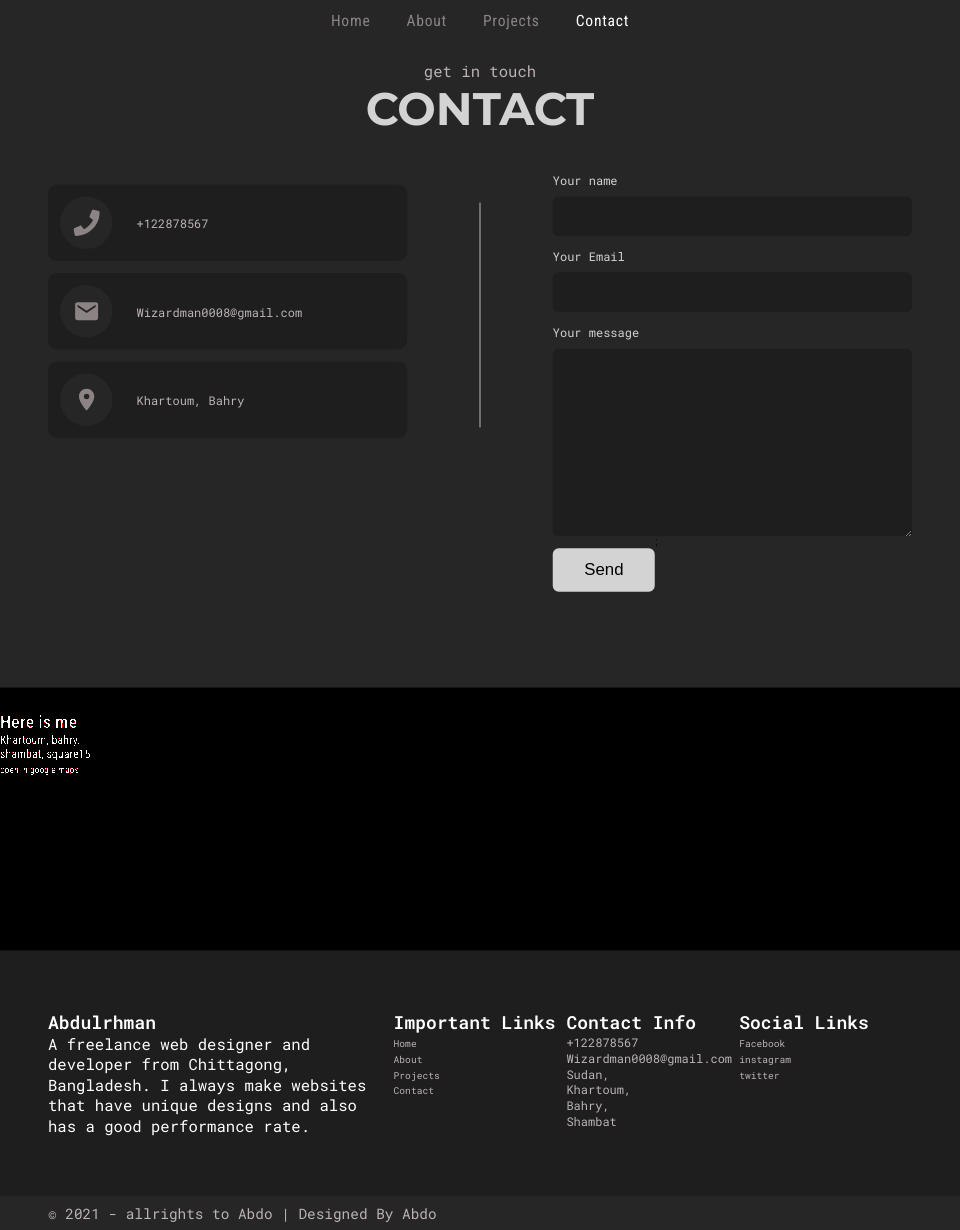
Repository: Abdoulrhman-altyeb/React-Typescript
Page: /contact
The author's editor kept a copy of each file at every save. The page is drawn from the files as they stood at one save, then again after the next save.
The browser window is 1280 px wide. The pictures show the whole page, at 75% of full size.
The project was rebuilt for these pictures with package versions that can differ from the ones it lists, and the page was loaded fresh each time. Also part of the build but not shown: src/components/ContactButton.tsx, src/components/HeroSection.tsx, src/components/AboutSection.tsx, src/assits/data/Services.ts, src/components/ServiceItems.tsx, src/components/ServicesSection.tsx, src/components/ProjectsSection.tsx, src/Pages/Home.tsx and 2 more.

Above is the page before, as saved 2021-05-20 19:30:25.

### public/index.html
<!DOCTYPE html>
<html lang="en">

<head>
  <meta charset="utf-8" />
  <meta name="viewport" content="width=device-width, initial-scale=1" />
  <meta name="theme-color" content="#000000" />
  <meta name="description" content="IT Guys Community" />
  <link rel="preconnect" href="https://fonts.gstatic.com">
  <link href="https://fonts.googleapis.com/css2?family=Roboto:wght@300;400;500;700&display=swap" rel="stylesheet">
  <link rel="preconnect" href="https://fonts.gstatic.com">
<link href="https://fonts.googleapis.com/css2?family=Montserrat:wght@200;300;400;500;700&display=swap" rel="stylesheet">
<link rel="preconnect" href="https://fonts.gstatic.com">
<link href="https://fonts.googleapis.com/css2?family=Roboto+Mono:wght@200;300;400;500;600&display=swap" rel="stylesheet">
<link rel="preconnect" href="https://fonts.gstatic.com">
<link href="https://fonts.googleapis.com/css2?family=Roboto+Condensed:wght@400;700&display=swap" rel="stylesheet">
  <title>App Lab</title>
</head>

<body>
  <noscript>You need to enable JavaScript to run this app.</noscript>
  <div id="root"></div>
</body>

</html>

### src/index.tsx
import ReactDOM from "react-dom";
import App from "./App";
import './assits/styles/style.css'

ReactDOM.render(<App/>,document.getElementById("root"));

### src/App.tsx
import React from "react";
import NavBar from './components/NavBar';
import { BrowserRouter as Router, Route, Switch } from 'react-router-dom'
import Home from "./Pages/Home";
import Contact from "./Pages/Contact";
import About from "./Pages/About";
import Projects from "./Pages/Projects";


const App: React.FC = () => {



  return (
    <>
      <Router>
        <NavBar />
        <Switch>
          <Route  path='/' exact>
            <Home />
          </Route>
          <Route path="/contact">
            <Contact />
          </Route>
          <Route path='/about'>
            <About />
          </Route>
          <Route path='/projects'>
              <Projects/>
          </Route>
        </Switch>
      </Router>
    </>
  )
}

export default App;

### src/assits/styles/style.css
* {
    padding:0;
    margin:0;
    box-sizing:border-box;
    scroll-behavior: auto;
}

body {
    background:#262626;
    color:white;
    font-family: 'Roboto Mono', monospace;
}
::-webkit-scrollbar-track {
    background: #1E1E1E;
}
::-webkit-scrollbar {
    width: 8px;
}
::-webkit-scrollbar-thumb {
    background: #888;
    border-radius: 20px;
}




img,svg{
    width: 100%;
    height:100%;
    object-fit: cover;
}
.container {
    width:90%;
    max-width:1200px;
    margin: 0 auto;
}

.hero__img {
    height:600px;
}
ul {
    list-style: none;
}
p, h1, span,h3,a {
    color:#BCB4B4
}
a {
    text-decoration: none;
    font-size:0.8rem;
}
.map{
    background: linear-gradient(rgba(0,0,0,1),rgba(0,0,0,1)),url('../images/Capture.jpg');
    background-repeat: no-repeat;
    background-size: cover;
    background-position: center;
    filter: contrast(100);
}

### src/components/NavBar.tsx
import React,{useState} from 'react';
import styled from 'styled-components';
import { NavLink } from 'react-router-dom';
import { BiMenu, BiX } from 'react-icons/bi';


const NavBar: React.FC = () => {

    const [isActive, setIsActive] = useState<boolean>(false);

    return (
        <NavBarContainer>
            <div className="hamburgerMenu"
                onClick={() => setIsActive(!isActive)}
                role='button'
                tabIndex={0}
                onKeyDown={() => setIsActive(!isActive)}
            >
                <BiMenu/>
            </div>
            <ul className={isActive ? 'ListItems' : 'ListItems hide-items'}>
                <div className='closeMenu'
                    onClick={() => setIsActive(!isActive)}
                    role='button'
                    tabIndex={0}
                    onKeyDown={() => setIsActive(!isActive)}
                >
                    <BiX/>
                </div>
                <li>
                    <NavLink to='/' exact>
                     Home
                    </NavLink>
                </li>
                <li>
                    <NavLink to="/about">
                        About
                    </NavLink>
                </li>
                <li>
                    <NavLink to='projects'>
                        Projects
                    </NavLink>
                </li>
                <li>
                    <NavLink to='contact'>
                        Contact
                    </NavLink>
                </li>
            </ul>
        </NavBarContainer>
    )
}

const NavBarContainer = styled.nav`
    position: fixed;
    z-index:100;
    top:0;
    left:0;
    background-color:#262626;
    font-family: 'Roboto Condensed', sans-serif;
    width:100%;
    ul {
        width:90%;
        max-width:1200px;
        justify-content:center;
        text-align:center;
        margin:0 auto;
        border-radius:12px;
    }
    li {
        display:inline-block;
        cursor:pointer;
    }
    a {
        display:inline-block;
        padding:1rem 1.5rem;
        font-size:1.3rem;
        color:#8c8484;
        letter-spacing: 1px;
        transition:0.3s ease color;
        /* &:hover {
            color:#726f6f;
        } */
    }
    .active {
        color:white;
    }

    .hamburgerMenu {
        font-size:2rem;
        position:absolute;
        top:1rem;
        right:1rem;
        color:white;
        display:none;
        * {
            pointer-events:none;
        }
    }
    .closeMenu{
        display:none;
    }
    @media only screen and (max-width:768px) {
        .hide-items{
            transform: translateY(calc(-100% - 1rem))
        }
        .hamburgerMenu{
            display:block;
        }
        .ListItems {
            width:80%;
            max-width:230px;
            position:absolute;
            top:1rem;
            right:1rem;
            background:#1E1E1E;
            padding:1rem;
            transition: 0.3s ease transform;

            .closeMenu {
                color:white;
                font-size:1.5rem;
                width:1rem;
                margin: 0 0 0 auto;
                cursor: pointer;
                display:block;
                *{
                    pointer-events:none;
                }
            }
        }
        li {
            display:block;
            margin-bottom:1rem;
        }
        a {
            /* padding:1rem; */
            padding:0.2rem;
            outline:none;
        }
    }
`;



export default NavBar;

### src/Pages/Contact.tsx
import React from 'react';
import ContactSection from '../components/ContactSecion';
import FooterSection from '../components/FooterSection';
import Map from '../components/Map';

const Contact: React.FC = () => {
    return (
        <>
            <ContactSection/>
            <Map/>
            <FooterSection />
        </>
    )
}

export default Contact;

### src/components/FooterSection.tsx
import React from 'react';
import styled from 'styled-components';
import PaText from './PaText';
import { Link } from 'react-router-dom';

const FooterSection: React.FC = () => {
    return (
        <>
            <StyledDiv>
                <div className="container">
                    <div className="info">
                        <h2>Abdulrhman</h2>
                        <PaText>
                            A freelance web designer and developer from Chittagong,
                            Bangladesh. I always make websites that have unique designs
                            and also has a good performance rate.
                        </PaText>
                    </div>
                    <div className="pages">
                        <h2>Important Links</h2>
                        <ul>
                            <li>
                                <Link to="/">Home</Link>
                            </li>
                            <li>
                                <Link to="/">About</Link>
                            </li>
                            <li>
                                <Link to="/">Projects</Link>
                            </li>
                            <li>
                                <Link to="/">Contact</Link>
                            </li>
                        </ul>
                    </div>
                    <div className="contact_info">
                        <h2>Contact Info</h2>
                        <ul>
                            <li><p>+122878567</p></li>
                            <li><p>Wizardman0008@gmail.com</p></li>
                            <li><p>Sudan,<br></br>Khartoum,<br></br>Bahry,<br></br>Shambat</p></li>
                        </ul>
                    </div>
                    <div className="social_Links">
                        <h2>Social Links</h2>
                        <ul>
                            <li><a href="https://facebook.com" rel='noreferrer'>Facebook</a></li>
                        </ul>
                        <ul>
                            <li><a href="https://instagram.com" rel='noreferrer'>instagram</a></li>
                        </ul>
                        <ul>
                            <li><a href="https://twitter.com" rel='noreferrer'>twitter</a></li>
                        </ul>
                    </div>
                </div>
            </StyledDiv>
            <StyledCopyright>
                <div className="container">
                    <p>© 2021 - allrights to Abdo  | Designed By Abdo</p>
                </div>
            </StyledCopyright>
        </>

    )
}

const StyledDiv = styled.div`
    background:#1E1E1E;
    padding:5rem 0 ;
    .container{
        display:flex;
    }
    .info{
        flex:2;
    }
    .contact_info,
    .pages,
    .social_Links{
        flex:1;
    }
    @media only screen and (max-width:768px) {
        .container{
            flex-direction:column;
        }
    }
`;
const StyledCopyright = styled.div`
    background:#262626;
    padding:10px 0;
    p{
        font-size:1.2rem;
    }

    @media only screen and (max-width:768px) {
        p{
            font-size:0.9rem;
            width:100%;
        }
    }
`;

export default FooterSection

### src/components/ContactSecion.tsx
import React from 'react';
import styled from 'styled-components';
import SectionsTitle from './SectionsTitle';
import { FaPhone } from 'react-icons/fa';
import { IoMdMail } from 'react-icons/io';
import {MdLocationOn} from 'react-icons/md'
import Button from './Button';

const ContactSection: React.FC = () => {
    return (
        <StyledDiv>
            <div className="container">
                <SectionsTitle title='contact' semiTitle='get in touch' />
                <div className="contact-me">
                    <div className="contact-info">
                        <div className="phone">
                            <div className="icon">
                                <FaPhone/>
                            </div>
                            <span> +122878567</span>
                        </div>
                        <div className="mail">
                            <div className="icon">
                                <IoMdMail/>
                            </div>
                            <span>Wizardman0008@gmail.com</span>
                        </div>
                        <div className="location">
                            <div className="icon">
                                <MdLocationOn/>
                            </div>
                            <span>Khartoum, Bahry</span>
                        </div>
                    </div>
                    <div className="linebetween"></div>
                    <form className='form-contact'>
                        <label htmlFor="name">Your name</label>
                        <input className='name' type="text" id='name' />
                        <label htmlFor="email">Your Email</label>
                        <input type="email" id="email" />
                        <label htmlFor="message">Your message</label>
                        <textarea id="message"></textarea>
                        <button type='submit' className='btn'>
                                <Button btnLink='/'  outline={false} btnText='Send'/>;
                        </button>
                    </form>
                </div>
            </div>
        </StyledDiv>
    )
}
const StyledDiv = styled.div`
    padding:5rem 0;
    text-align: center;
    .container{
        display: flex;
        flex-direction:column;
    }
    .title{
        p{
            font-size:1.3rem;
        }
        h2{
            font-size:3.8rem;
            margin-top:0;
        }
    }
    .contact-me{
        padding:3rem 0;
        display: flex;
        gap:6rem;
    }
    .contact-info{
        flex:1;
    }
    .phone,
    .mail,
    .location{
        width:100%;
        background:#1E1E1E;
        margin-top:1rem;
        padding:1rem;
        border-radius:12px;
        display: flex;
        align-items: center;
    }
    .icon{
        width:70px;
        height:70px;
        border-radius: 50%;
        display: flex;
        justify-content: center;
        align-items:center;
        margin-right:2rem;
        background:#262626;
    }
    .icon svg{
        width:50%;
        fill: #8c8484;
    }
    .linebetween{
        width:2px;
        height:300px;
        background:#8c8484;
        margin-top:2.5rem;
    }

    .form-contact{
        flex:1;
        display: flex;
        flex-direction:column;
        text-align:left;
    }
    .form-contact input, textarea{
        padding:1rem;
        background:#1E1E1E;
        border:none;
        border-radius:8px;
    }
    .form-contact textarea {
        height:250px;
        resize: vertical;
    }
    .form-contact label{
        margin-bottom:0.7rem;
        color:lightgray;
    }
    .form-contact input{
        margin-bottom:1rem;
        outline:none;
        color:#8c8484;
        font-size:1.1rem;
    }
    .btn{
        background:transparent;
        outline:none;
        border:none;
        pointer-events: none;
        display: flex;
        justify-content: flex-start;
        *{
            pointer-events: all;
        }
    }
    @media only screen and (max-width:768px) {
        .title{
            p{
                font-size:0.9rem;
            }
            h2{
                font-size:2.5rem;
                margin-top:0;
            }
        }
        .contact-me{
            flex-direction:column;
        }
        .linebetween{
            display: none;
        }
    }
`;

export default ContactSection;

### src/components/Map.tsx
import React from 'react';
import styled from 'styled-components';
const Map: React.FC = () => {
    return (
        <StyleDiv className='map'>
            <div className="location__details">
                <h2>Here is me</h2>
                <p>Khartoum, bahry, shambat, square15</p>
                <a href="https://www.google.com/maps/place/%D9%85%D8%AD%D8%B7%D9%87+15%E2%80%AD/@15.6677097,32.5462023,17z/data=!4m13!1m7!3m6!1s0x168e8da4c6682f5f:0x213cdd630f5e6fa9!2sShambat+Bridge,+Khartoum+North,+Sudan!3b1!8m2!3d15.6434242!4d32.5089219!3m4!1s0x168e93f8f47bbcb9:0x5df02e7d5dd85537!8m2!3d15.6681869!4d32.5468858" rel='noreferrer'>open in google maps</a>
            </div>
        </StyleDiv>
    )
}

const StyleDiv = styled.div`
    position: relative;
    height:350px;
    width:100%;
    font-family: 'Roboto Condensed', sans-serif;
    .location__details{
        color:#8c8484;
        position: absolute;
        width:150px;
        height:150px;
        background:#1E1E1E;
        top: 2rem;
    }
`;
export default Map;

### src/components/Button.tsx
import React from 'react';
import { Link } from 'react-router-dom';
import styled from 'styled-components'


const Button:React.FC<ButtonProps> = ({btnLink,btnText,outline}) => {
    return (
        <BTNSTYLE className='btn'>
            <Link className='button' to={btnLink} style={{ background: outline ? 'transparent' : 'lightgray', color: outline? 'lightgray': 'black' }}>{btnText}</Link>
        </BTNSTYLE>
    )
}


const BTNSTYLE = styled.div`
    margin-top:1rem;
    .button{
        background:lightgray;
        padding:0.9rem 2.5rem;
        color:black;
        border-radius:8px;
        border:2px solid lightgray;
        cursor:pointer;
        display:inline-block;
        font-size:1.4rem;
    }
    @media only screen and (max-width:768px) {
        .button{
            font-size:1.2rem;
        }
    }
`;

export default Button

### src/components/PaText.tsx
import styled from 'styled-components'

const PaText: React.FC = ({children}) => {

    return (
        <TextContainer className='par'>
            {children}
        </TextContainer>
    )
}

const TextContainer = styled.div`
    max-width:500px;
    margin:0 auto;
    line-height:1.3em;
    font-family: 'Roboto Mono', monospace;
    font-size:1.3rem;
    @media only screen and (max-width:768px) {
        font-size:1.1rem;
    }
`;

export default PaText

### src/components/SectionsTitle.tsx
import React from 'react';
import styled from 'styled-components';

const SectionsTitle:React.FC<SectionTitle> = ({title,semiTitle}) => {
    return (
        <StyledSectionTitle className='title'>
            <p>{semiTitle}</p>
            <h2>{title}</h2>
        </StyledSectionTitle>
    )
}

const StyledSectionTitle = styled.div`
    P{
        font-size:1.5rem;
    }
    h2{
        font-size:3.8rem;
        font-family: 'Montserrat', sans-serif;
        text-transform:uppercase;
        margin-top:0.7rem;
        color:lightgray;
    }
    @media only screen and (max-width:768px){
        p{
            font-size:1rem;
        }
        h2{
            font-size:2rem;

        }
    }
`;

export default SectionsTitle;

After the next save:
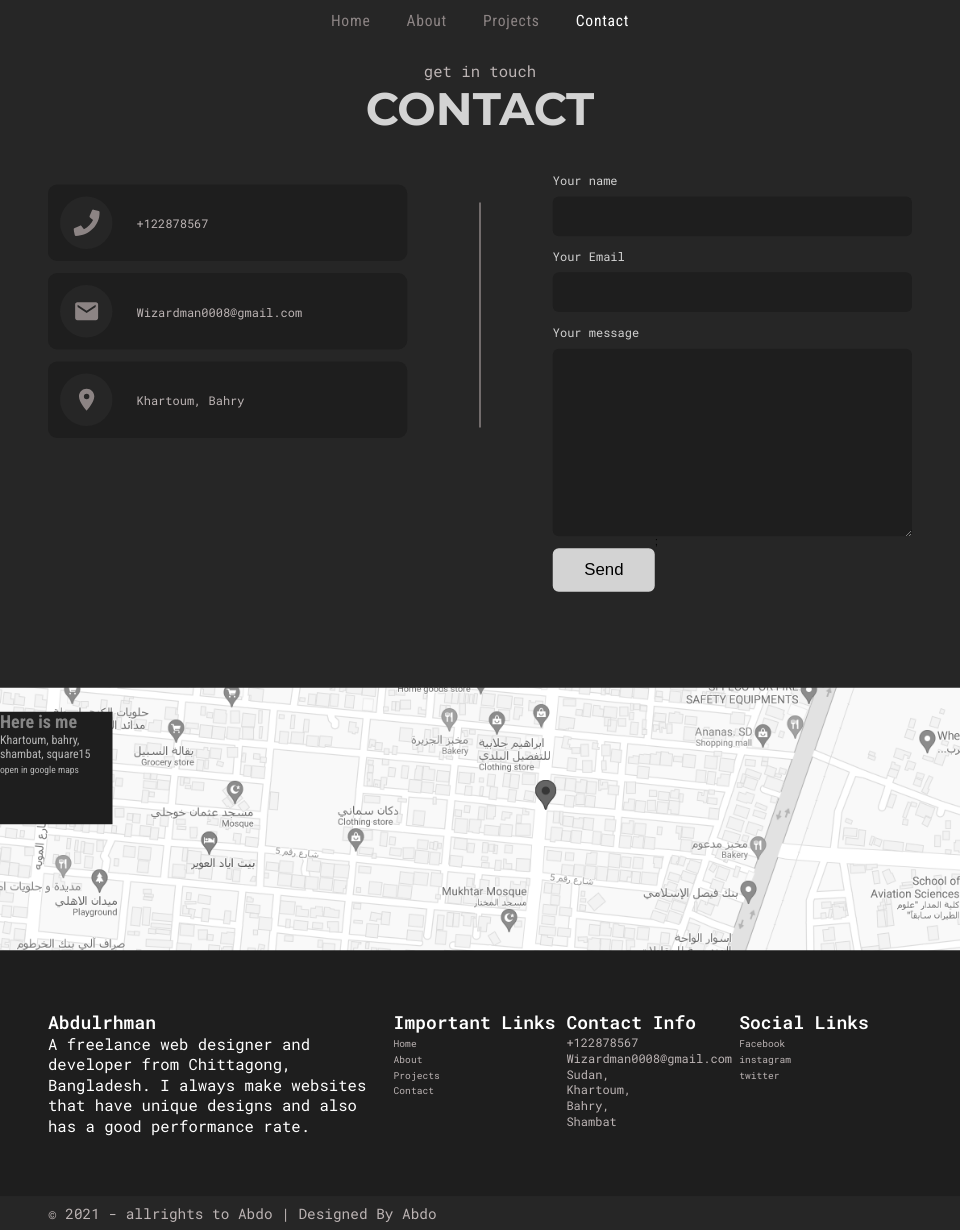
Saved 107 s later.
--- a/src/assits/styles/style.css
+++ b/src/assits/styles/style.css
@@ -49,9 +49,9 @@ a {
     font-size:0.8rem;
 }
 .map{
-    background: linear-gradient(rgba(0,0,0,1),rgba(0,0,0,1)),url('../images/Capture.jpg');
+    background:url('../images/Capture.jpg');
     background-repeat: no-repeat;
     background-size: cover;
     background-position: center;
-    filter: contrast(100);
+    filter:grayscale(100%);
 }
